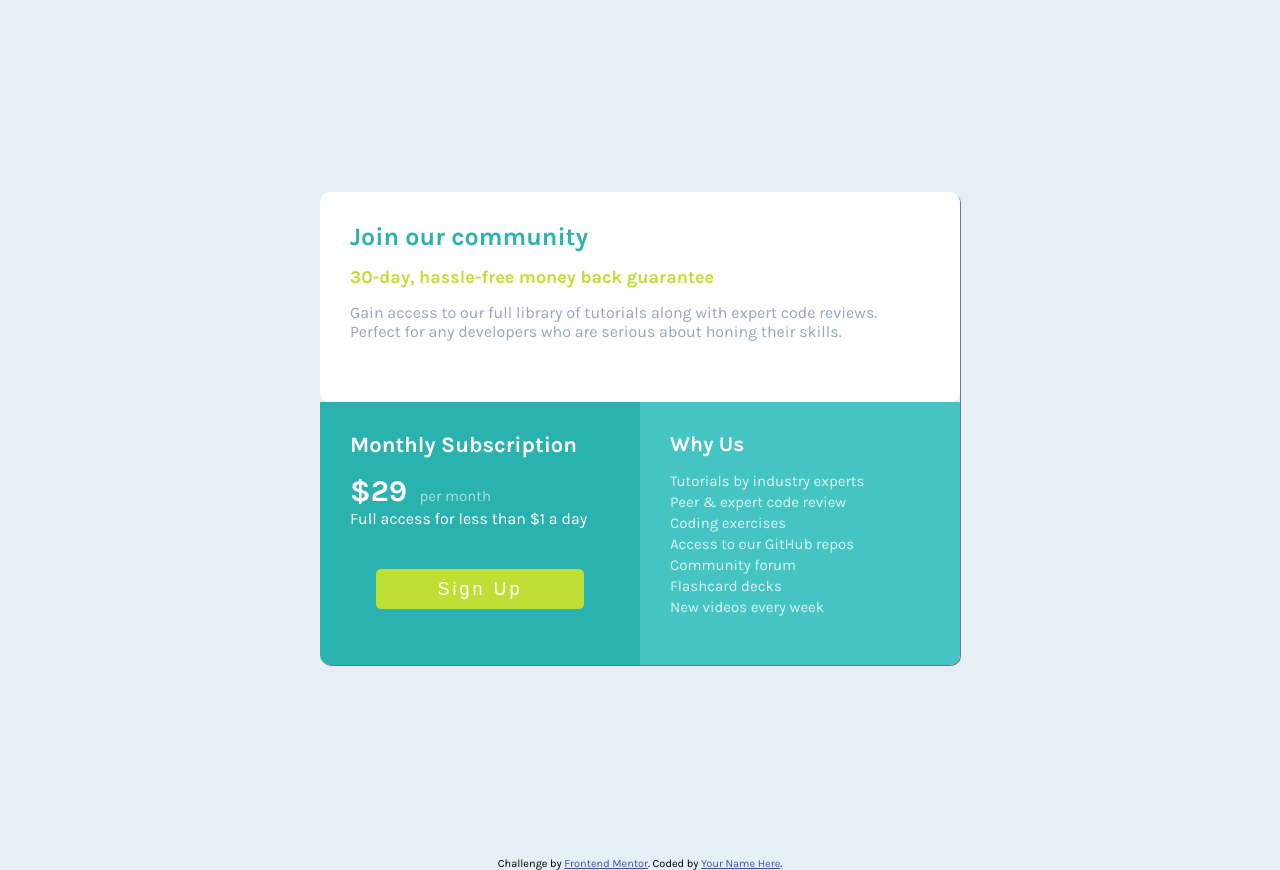
Repository: Pedrohamoura-Git/Frontend-Mentor-Challenges
Page: Newbie/single-price-grid-component-master/index.html
The author's editor kept a copy of each file at every save. The page is drawn from the files as they stood at one save, then again after the next save.
The browser window is 1280 px wide. The pictures show the whole page.

Above is the page before, as saved 2021-05-31 16:01:32.

### Newbie/single-price-grid-component-master/index.html
<!DOCTYPE html>
<html lang="en">
<head>
  <meta charset="UTF-8">
  <meta name="viewport" content="width=device-width, initial-scale=1.0"> <!-- displays site properly based on user's device -->

  <link rel="stylesheet" href="css/style.css">
  <title>Frontend Mentor | Single Price Grid Component</title>

  <!-- Feel free to remove these styles or customise in your own stylesheet 👍 -->
  <style>
    .attribution { font-size: 11px; text-align: center; }
    .attribution a { color: hsl(228, 45%, 44%); }
  </style>
</head>
<body>
  <div id="wrapper">
    <header id="card1">
      <h1>Join our community</h1>
      <h2>30-day, hassle-free money back guarantee</h2>
      <p>Gain access to our full library of tutorials along with expert code reviews. Perfect for any developers who are serious about honing their skills.</p>
    </header>

    <div id="columns">
      <div id="card2">
        <h2>Monthly Subscription</h2>
        <h3 class="price">&dollar;29</h3>
        <span>per month</span>
        <p>Full access for less than &dollar;1 a day</p>

        <form action="#">
          <input type="submit" value="Sign Up" name="Sign Up" id="signup">
          </input>
        </form>
      </div>

      <div id="card3">
        <h2>Why Us</h2>
        <p>Tutorials by industry experts<br>
          Peer &amp; expert code review<br>
          Coding exercises<br>
          Access to our GitHub repos<br>
          Community forum<br>
          Flashcard decks<br>
          New videos every week</p>
      </div>
    </div>

  </div>








  <footer>
    <p class="attribution">
      Challenge by <a href="https://www.frontendmentor.io?ref=challenge" target="_blank">Frontend Mentor</a>.
      Coded by <a href="#">Your Name Here</a>.
    </p>
  </footer>
</body>
</html>

### Newbie/single-price-grid-component-master/css/style.css
/*
** Core Formatting
*/
    @import url('https://fonts.googleapis.com/css2?family=Karla:wght@400;700&display=swap');

    * {
        padding: 0;
        margin: 0;
        box-sizing: border-box;
    }

    html {
        font-size: 62.5%;
    }

    body {
        background-color: hsl(204, 43%, 93%);
        font-family: Karla;
    }


/*
** Mobile - Wrapper
*/
    #wrapper {
        border-radius: 1rem;
        box-shadow: 1px 1px  rgba(0, 0, 0, .5);
        display: grid;
        grid-template-rows: repeat(auto-fit, minmax(200px, 1fr));
        margin: 15% auto;
        width: 90%;

        /* border: 1px solid red; */
    }

    #card1, #card2, #card3 {
        padding: 1.5rem;
        min-height: 210px;
    }

    /*
    ** Card 1
    */
        #card1 {
            background-color: white;
            border-radius: 1rem;
        }

        #card1 h1 {
            color: hsl(179, 62%, 43%);
            font-size: 2.5rem;
            margin-bottom: 1.5rem;
        }

        #card1 h2 {
            color: hsl(71, 73%, 54%);
            font-size: 1.8rem;
            margin-bottom: 1.5rem;
        }

        #card1 p {
            margin-bottom: 1.5rem;
            color: hsl(218, 22%, 67%);
            font-size: 1.6rem;
            margin-bottom: 1.5rem;
        }



    /*
    ** Card 2
    */
        #card2 {
            color: white;
            background-color: hsl(179, 62%, 43%);
        }

        #card2 h2 {
            font-size: 2.2rem;
            margin-bottom: 1.5rem;
        }

        #card2 h3.price {
            display: inline;
            font-size: 3rem;
            font-weight: 700;
            margin-bottom: 1.5rem;
        }

        #card2 span {
            font-size: 1.5rem;
            margin-left: 1rem;
            margin-bottom: 1rem;
            opacity: 60%;
        }

        #card2 p {
            font-size: 1.6rem;
            margin-bottom: 1.5rem;
        }

        #card2 form input {
            background-color: hsl(71, 73%, 54%);
            border: none;
            border-radius: .5rem;
            color: white;
            font-size: 1.8rem;
            letter-spacing: .3rem;
            margin: 10%;
            width: 80%;
            height: 4rem;

        }

        #card2 input:hover, input:active {
            background-color: hsl(71, 93%, 62%);
            color: hsl(179, 62%, 43%);
        }





        #card3 {
            background-color: hsl(179, 53%, 52%);
            border-bottom-left-radius: 1rem;
            border-bottom-right-radius: 1rem;
            color: white;
        }

        #card3 h2 {
            font-size: 2.1rem;
            margin-bottom: 1.5rem;
        }

        #card3 p {
            font-size: 1.5rem;
            line-height: 2.1rem;
            opacity: 80%;
        }


    /*
    ** Tablets & Desktops
    */
        @media (min-width: 600px) {
            #wrapper {
                display: block;
                max-width: 640px;

                /* border: 1px solid red; */
            }

            #columns {
                display: grid;
                grid-template-columns: repeat(auto-fit, minmax(50%, 1fr));
            }

            #card1 {
                padding: 3rem;
            }

            #card2 {
                border-bottom-left-radius: 1rem;
                padding: 3rem;

            }

            #card3 {
                border-bottom-left-radius: 0;
                padding: 3rem;
            }

        }

After the next save:
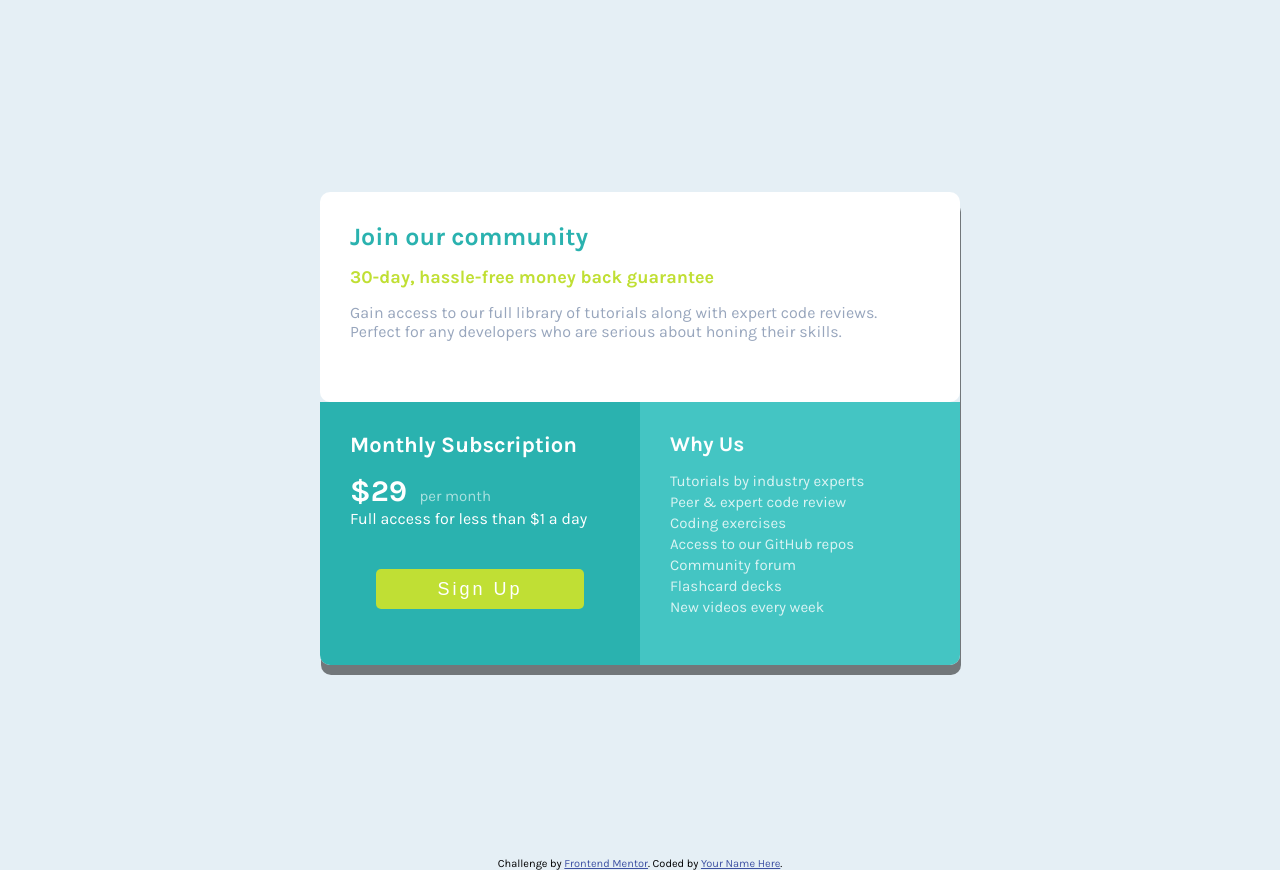
Saved 1 s later.
--- a/Newbie/single-price-grid-component-master/css/style.css
+++ b/Newbie/single-price-grid-component-master/css/style.css
@@ -24,7 +24,7 @@
 */
     #wrapper {
         border-radius: 1rem;
-        box-shadow: 1px 1px  rgba(0, 0, 0, .5);
+        box-shadow: 1px 10px  rgba(0, 0, 0, .5);
         display: grid;
         grid-template-rows: repeat(auto-fit, minmax(200px, 1fr));
         margin: 15% auto;
